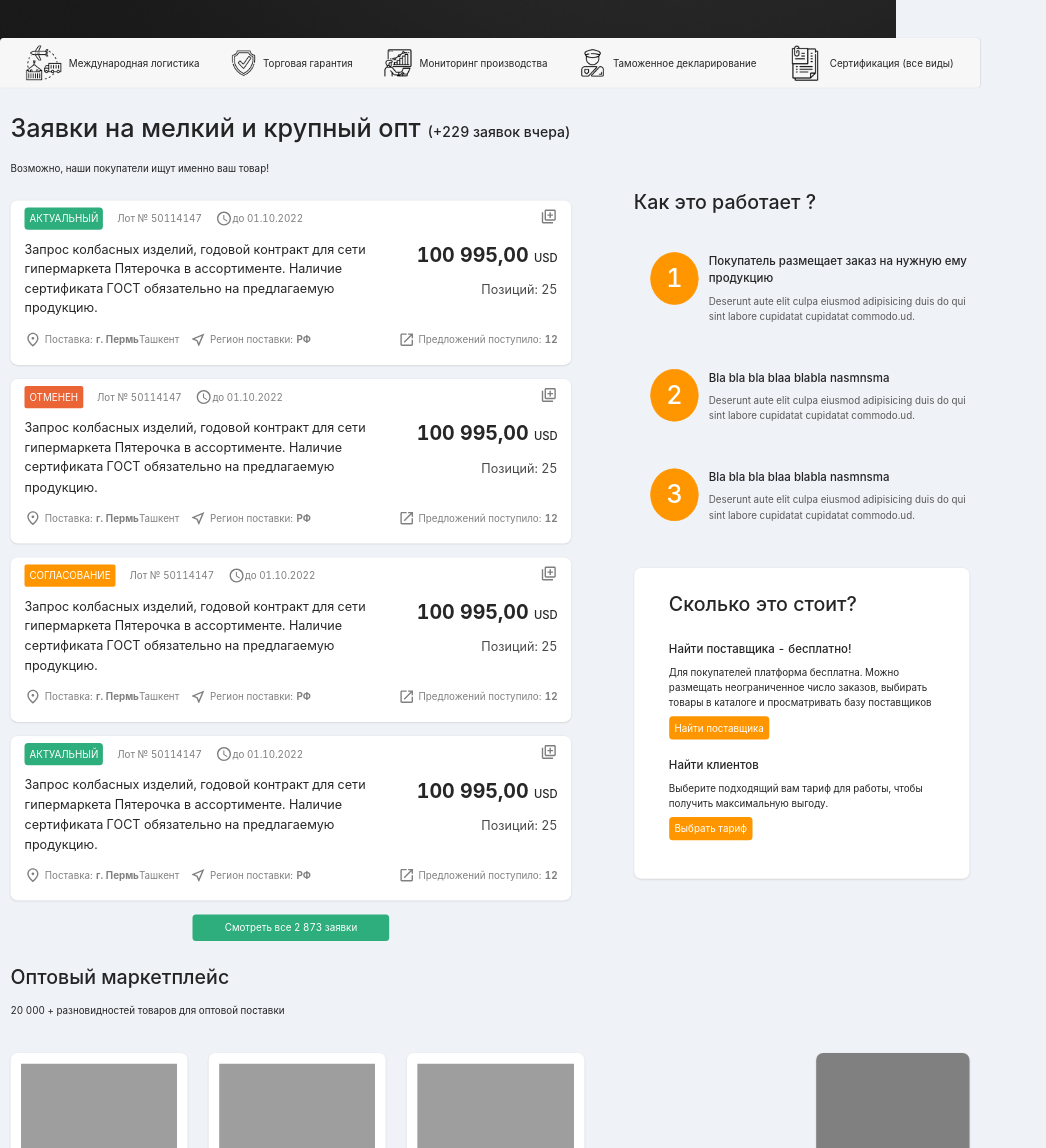
Repository: iDev07/all4uWelcomePage
Page: / (app in all4u.marketplace/)
An editor plug-in stored every save of this project. The page is shown before and after the next save, followed by the edit.
The browser window is 1280 px wide. The page is 1494 px wide, so the pictures cover 1494 px, including what lies to the right of the window. The pictures show the part of the page from y = 645 to 2285 px (the page is 5423 px tall), at 70% of full size.
Pictures or frames that could not be fetched are drawn as grey boxes. The page's requests for data from a server got no answer. Backgrounds fixed to the window are drawn as part of the page. Some web fonts or font styles are not loaded; a fallback is used. The project was rebuilt for these pictures with package versions that can differ from the ones it lists, and the page was loaded fresh each time. The framework's server and built-in components were replaced by stand-ins that run in the browser. No one was signed in, and anything a server would have sent is missing. Also part of the build but not shown: all4u.marketplace/next.config.js, all4u.marketplace/components/MobileFooter.js.

Above is the page before, as saved 2023-05-30 23:00:20.

### all4u.marketplace/pages/_app.js
import "../styles/globals.css";
import "../styles/Main.scss";

function MyApp({ Component, pageProps }) {
  return <Component {...pageProps} />;
}

export default MyApp;

### all4u.marketplace/styles/globals.css
/* Font */
@import url("http://fonts.cdnfonts.com/css/sf-pro-display");
html,
body {
  padding: 0 !important;
  margin: 0 !important;
  font-family: "SF Pro Display", sans-serif !important;
  background-color: #eff2f6 !important;
}

a {
  color: inherit !important;
  text-decoration: none !important;
}
.containerdev {
  position: relative !important;
  padding-right: 15px;
  padding-left: 15px;
  margin-right: auto;
  margin-left: auto;
}
@media (min-width: 768px) {
  .containerdev {
    width: 850px;
  }
}
@media (min-width: 992px) {
  .containerdev {
    width: 970px;
  }
}
@media (min-width: 1200px) {
  .containerdev {
    width: 1400px;
  }
  /* @media (min-width: 1250px) {
    .containerdev {
      width: 1200px;
    }
  } */
}
* {
  box-sizing: border-box !important;
}
.ant-select-item-option-active:not(.ant-select-item-option-disabled) {
  background-color: #202123 !important;
}

### all4u.marketplace/components/Orders.js
import React from "react";
import MailOutlineIcon from "@mui/icons-material/MailOutline";
import Fade from "react-reveal/Fade";
import WatchLaterOutlinedIcon from "@mui/icons-material/WatchLaterOutlined";
import LibraryAddOutlinedIcon from "@mui/icons-material/LibraryAddOutlined";
import FmdGoodOutlinedIcon from "@mui/icons-material/FmdGoodOutlined";
import NearMeOutlinedIcon from "@mui/icons-material/NearMeOutlined";
import LaunchOutlinedIcon from "@mui/icons-material/LaunchOutlined";
function Orders() {
  return (
    <div className="Orders">
      <div className="containerdev">
        <div className="intro">
          <h1>
            Заявки на мелкий и крупный опт <span>(+229 заявок вчера)</span>
          </h1>
          <p>Возможно, наши покупатели ищут именно ваш товар!</p>
        </div>
        <div className="orders_wrapper">
          <div className="orders_id">
            <Fade left>
              <div className="old_order">
                <div className="head_sec">
                  <div className="left_box">
                    <ul className="wishlist">
                      <li className="prod_status">
                        {" "}
                        <p className="new">АКТУАЛЬНЫЙ</p>
                      </li>
                      <li>
                        <p>Лот № 50114147</p>
                      </li>
                      <li>
                        <p>
                          <WatchLaterOutlinedIcon />
                          до 01.10.2022
                        </p>
                      </li>
                    </ul>
                  </div>
                  <div className="right_box">
                    <a href="">
                      {" "}
                      <p>
                        <LibraryAddOutlinedIcon />
                      </p>
                    </a>
                  </div>
                </div>
                <div className="product_features">
                  <a href="">
                    <div className="opisanie">
                      <p>
                        Запрос колбасных изделий, годовой контракт для сети
                        гипермаркета Пятерочка в ассортименте. Наличие
                        сертификата ГОСТ обязательно на предлагаемую продукцию.
                      </p>
                    </div>
                    <div className="tsena">
                      <h1>
                        <b>100 995,00</b> <span>USD</span>
                      </h1>
                      <p> Позиций: 25</p>
                    </div>
                  </a>
                </div>
                <div className="bottom_sec">
                  <p className="location">
                    {" "}
                    <FmdGoodOutlinedIcon /> Поставка: <b>г. Пермь </b> Ташкент
                  </p>
                  <p className="located">
                    <NearMeOutlinedIcon /> Регион поставки: <b> РФ</b>
                  </p>
                  <p className="sipped">
                    <LaunchOutlinedIcon />
                    Предложений поступило: <b>12</b>
                  </p>
                </div>
              </div>
            </Fade>
            <Fade left>
              <div className="old_order">
                <div className="head_sec">
                  <ul className="wishlist">
                    <li className="prod_status">
                      {" "}
                      <p className="cancelled">ОТМЕНЕН</p>
                    </li>
                    <li>
                      <p>Лот № 50114147</p>
                    </li>
                    <li>
                      <p>
                        <WatchLaterOutlinedIcon />
                        до 01.10.2022
                      </p>
                    </li>
                  </ul>
                  <div className="right_box">
                    <a href="">
                      {" "}
                      <p>
                        <LibraryAddOutlinedIcon />
                      </p>
                    </a>
                  </div>
                </div>
                <div className="product_features">
                  <a href="">
                    <div className="opisanie">
                      <p>
                        Запрос колбасных изделий, годовой контракт для сети
                        гипермаркета Пятерочка в ассортименте. Наличие
                        сертификата ГОСТ обязательно на предлагаемую продукцию.
                      </p>
                    </div>
                    <div className="tsena">
                      <h1>
                        <b>100 995,00</b> <span>USD</span>
                      </h1>
                      <p> Позиций: 25</p>
                    </div>
                  </a>
                </div>
                <div className="bottom_sec">
                  <p className="location">
                    {" "}
                    <FmdGoodOutlinedIcon /> Поставка: <b>г. Пермь </b> Ташкент
                  </p>
                  <p className="located">
                    <NearMeOutlinedIcon /> Регион поставки: <b> РФ</b>
                  </p>
                  <p className="sipped">
                    <LaunchOutlinedIcon />
                    Предложений поступило: <b>12</b>
                  </p>
                </div>
              </div>
            </Fade>
            <Fade left>
              <div className="old_order">
                <div className="head_sec">
                  <ul className="wishlist">
                    <li className="prod_status">
                      {" "}
                      <p className="matching">СОГЛАСОВАНИЕ</p>
                    </li>
                    <li>
                      <p>Лот № 50114147</p>
                    </li>
                    <li>
                      <p>
                        <WatchLaterOutlinedIcon />
                        до 01.10.2022
                      </p>
                    </li>
                  </ul>
                  <div className="right_box">
                    <a href="">
                      {" "}
                      <p>
                        <LibraryAddOutlinedIcon />
                      </p>
                    </a>
                  </div>
                </div>
                <div className="product_features">
                  <a href="">
                    <div className="opisanie">
                      <p>
                        Запрос колбасных изделий, годовой контракт для сети
                        гипермаркета Пятерочка в ассортименте. Наличие
                        сертификата ГОСТ обязательно на предлагаемую продукцию.
                      </p>
                    </div>
                    <div className="tsena">
                      <h1>
                        <b>100 995,00</b> <span>USD</span>
                      </h1>
                      <p> Позиций: 25</p>
                    </div>
                  </a>
                </div>
                <div className="bottom_sec">
                  <p className="location">
                    {" "}
                    <FmdGoodOutlinedIcon /> Поставка: <b>г. Пермь </b> Ташкент
                  </p>
                  <p className="located">
                    <NearMeOutlinedIcon /> Регион поставки: <b> РФ</b>
                  </p>
                  <p className="sipped">
                    <LaunchOutlinedIcon />
                    Предложений поступило: <b>12</b>
                  </p>
                </div>
              </div>
            </Fade>
            <Fade left>
              <div className="old_order">
                <div className="head_sec">
                  <ul className="wishlist">
                    <li className="prod_status">
                      {" "}
                      <p className="new">АКТУАЛЬНЫЙ</p>
                    </li>
                    <li>
                      <p>Лот № 50114147</p>
                    </li>
                    <li>
                      <p>
                        <WatchLaterOutlinedIcon />
                        до 01.10.2022
                      </p>
                    </li>
                  </ul>
                  <div className="right_box">
                    <a href="">
                      {" "}
                      <p>
                        <LibraryAddOutlinedIcon />
                      </p>
                    </a>
                  </div>
                </div>
                <div className="product_features">
                  <a href="">
                    <div className="opisanie">
                      <p>
                        Запрос колбасных изделий, годовой контракт для сети
                        гипермаркета Пятерочка в ассортименте. Наличие
                        сертификата ГОСТ обязательно на предлагаемую продукцию.
                      </p>
                    </div>
                    <div className="tsena">
                      <h1>
                        <b>100 995,00</b> <span>USD</span>
                      </h1>
                      <p> Позиций: 25</p>
                    </div>
                  </a>
                </div>
                <div className="bottom_sec">
                  <p className="location">
                    {" "}
                    <FmdGoodOutlinedIcon /> Поставка: <b>г. Пермь </b> Ташкент
                  </p>
                  <p className="located">
                    <NearMeOutlinedIcon /> Регион поставки: <b> РФ</b>
                  </p>
                  <p className="sipped">
                    <LaunchOutlinedIcon />
                    Предложений поступило: <b>12</b>
                  </p>
                </div>
              </div>
            </Fade>
            <p className="all_products">
              <a href="">
                Смотреть все <span>2 873</span> заявки
              </a>
            </p>
          </div>
          <Fade right>
            <div className="how_it_work">
              <div className="entrence">
                <h1>Как это работает ?</h1>
              </div>
              <div className="steps_wrapper">
                <div className="steps">
                  <div className="number">
                    <h2>1</h2>
                  </div>
                  <div className="about_step">
                    <h3>Покупатель размещает заказ на нужную ему продукцию</h3>
                    <p>
                      Deserunt aute elit culpa eiusmod adipisicing duis do qui
                      sint labore cupidatat cupidatat commodo.ud.
                    </p>
                  </div>
                </div>
                <div className="steps">
                  <div className="number">
                    <h2>2</h2>
                  </div>
                  <div className="about_step">
                    <h3>Bla bla bla blaa blabla nasmnsma</h3>
                    <p>
                      Deserunt aute elit culpa eiusmod adipisicing duis do qui
                      sint labore cupidatat cupidatat commodo.ud.
                    </p>
                  </div>
                </div>
                <div className="steps">
                  <div className="number">
                    <h2>3</h2>
                  </div>
                  <div className="about_step">
                    <h3>Bla bla bla blaa blabla nasmnsma</h3>
                    <p>
                      Deserunt aute elit culpa eiusmod adipisicing duis do qui
                      sint labore cupidatat cupidatat commodo.ud.
                    </p>
                  </div>
                </div>
              </div>
              <div className="find_client">
                <h1>Сколько это стоит?</h1>
                <div className="find_expoter">
                  {" "}
                  <h3>Найти поставщика - бесплатно!</h3>
                  <p>
                    Для покупателей платформа бесплатна. Можно размещать
                    неограниченное число заказов, выбирать товары в каталоге и
                    просматривать базу поставщиков
                  </p>
                  <p>
                    <a href="">Найти поставщика</a>
                  </p>
                </div>
                <div className="find_expoter">
                  {" "}
                  <h3>Найти клиентов</h3>
                  <p>
                    Выберите подходящий вам тариф для работы, чтобы получить
                    максимальную выгоду.
                  </p>
                  <p>
                    <a href="">Выбрать тариф</a>
                  </p>
                </div>
              </div>
            </div>
          </Fade>
        </div>
      </div>
    </div>
  );
}

export default Orders;

Loaded but not shown: all4u.marketplace/components/Wholesale.js (200 lines, source omitted); all4u.marketplace/components/Retail.js (170 lines, source omitted); all4u.marketplace/components/Footer.js (148 lines, source omitted); all4u.marketplace/components/Header.js (100 lines, source omitted); all4u.marketplace/components/MobileHeader.js (101 lines, source omitted); all4u.marketplace/components/News.js (87 lines, source omitted); all4u.marketplace/components/HomeMain.js (68 lines, source omitted); all4u.marketplace/components/Join.js (65 lines, source omitted); all4u.marketplace/components/Advanteges.js (57 lines, source omitted); all4u.marketplace/components/SmallServices.js (46 lines, source omitted); all4u.marketplace/pages/index.js (37 lines, source omitted); all4u.marketplace/components/HandleOutsideClick.js (20 lines, source omitted); all4u.marketplace/components/Services.js (23 lines, source omitted); all4u.marketplace/styles/Main.scss (1187 lines, source omitted); all4u.marketplace/components/Navbar.module.css (315 lines, source omitted)

After the next save:
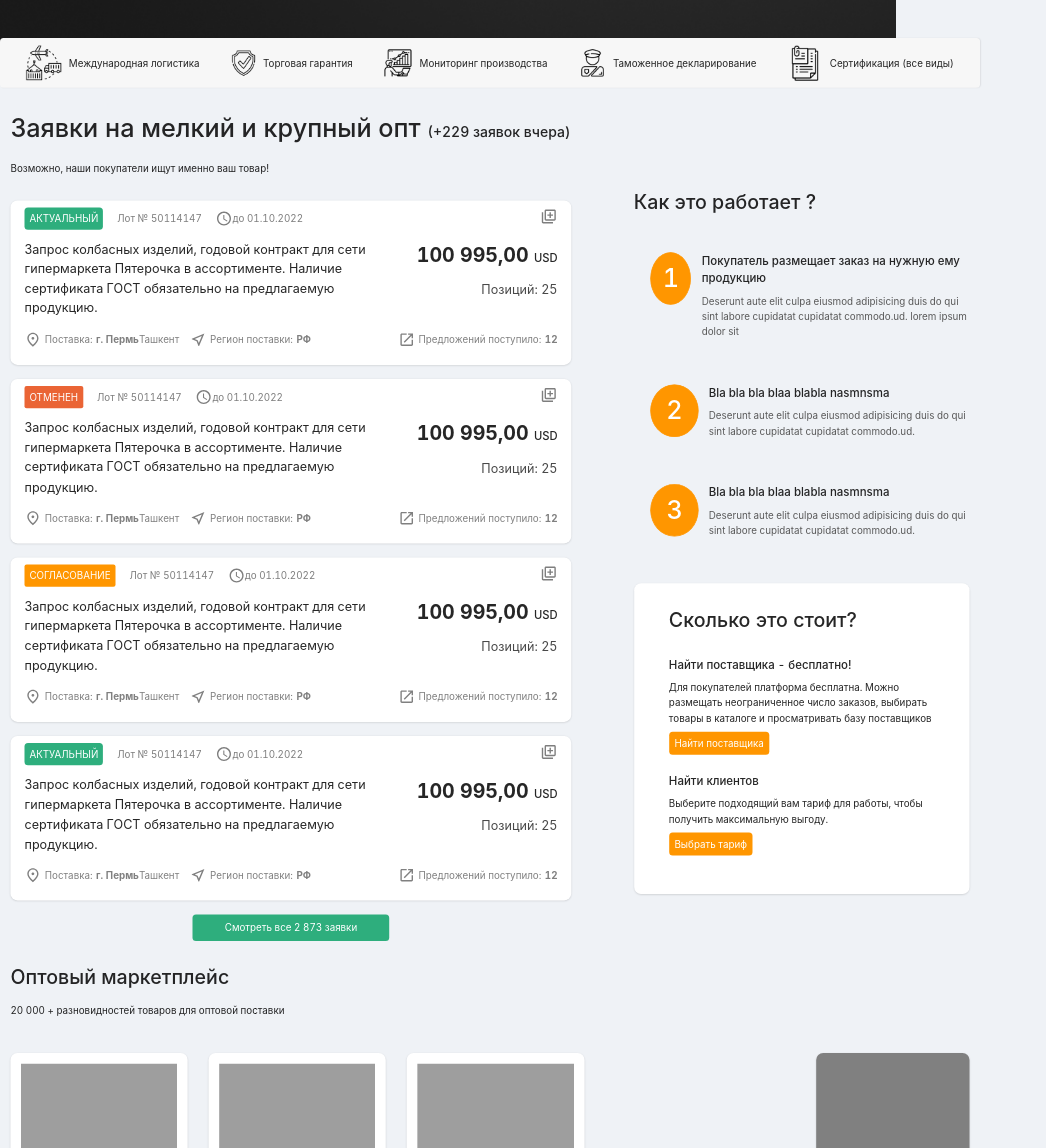
Saved 23 s later.
--- a/all4u.marketplace/components/Orders.js
+++ b/all4u.marketplace/components/Orders.js
@@ -276,7 +276,8 @@
                     <h3>Покупатель размещает заказ на нужную ему продукцию</h3>
                     <p>
                       Deserunt aute elit culpa eiusmod adipisicing duis do qui
-                      sint labore cupidatat cupidatat commodo.ud.
+                      sint labore cupidatat cupidatat commodo.ud. lorem ipsum
+                      dolor sit
                     </p>
                   </div>
                 </div>

After the save that followed:
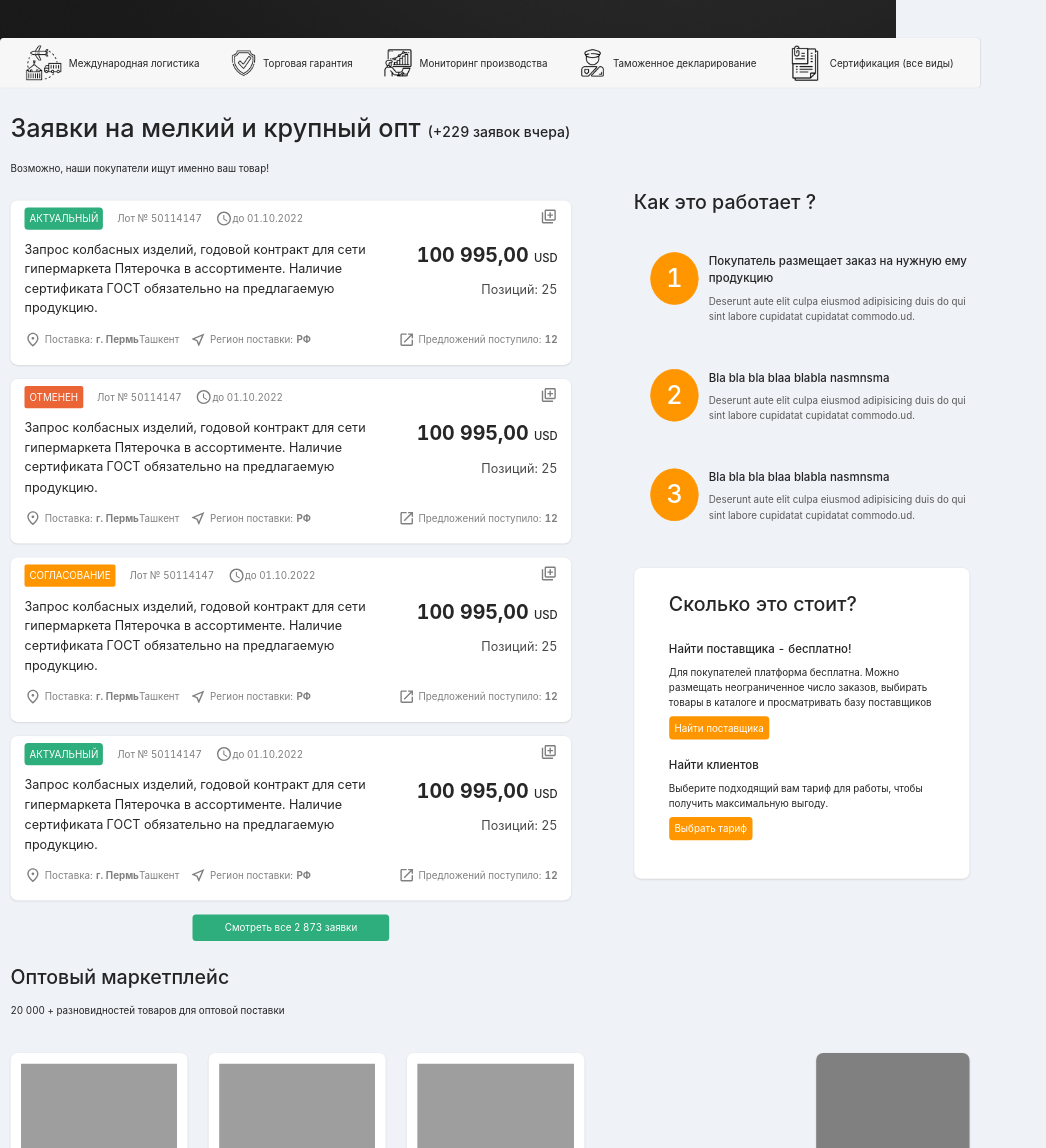
Saved 10 s later.
--- a/all4u.marketplace/components/Orders.js
+++ b/all4u.marketplace/components/Orders.js
@@ -276,8 +276,7 @@
                     <h3>Покупатель размещает заказ на нужную ему продукцию</h3>
                     <p>
                       Deserunt aute elit culpa eiusmod adipisicing duis do qui
-                      sint labore cupidatat cupidatat commodo.ud. lorem ipsum
-                      dolor sit
+                      sint labore cupidatat cupidatat commodo.ud.
                     </p>
                   </div>
                 </div>
